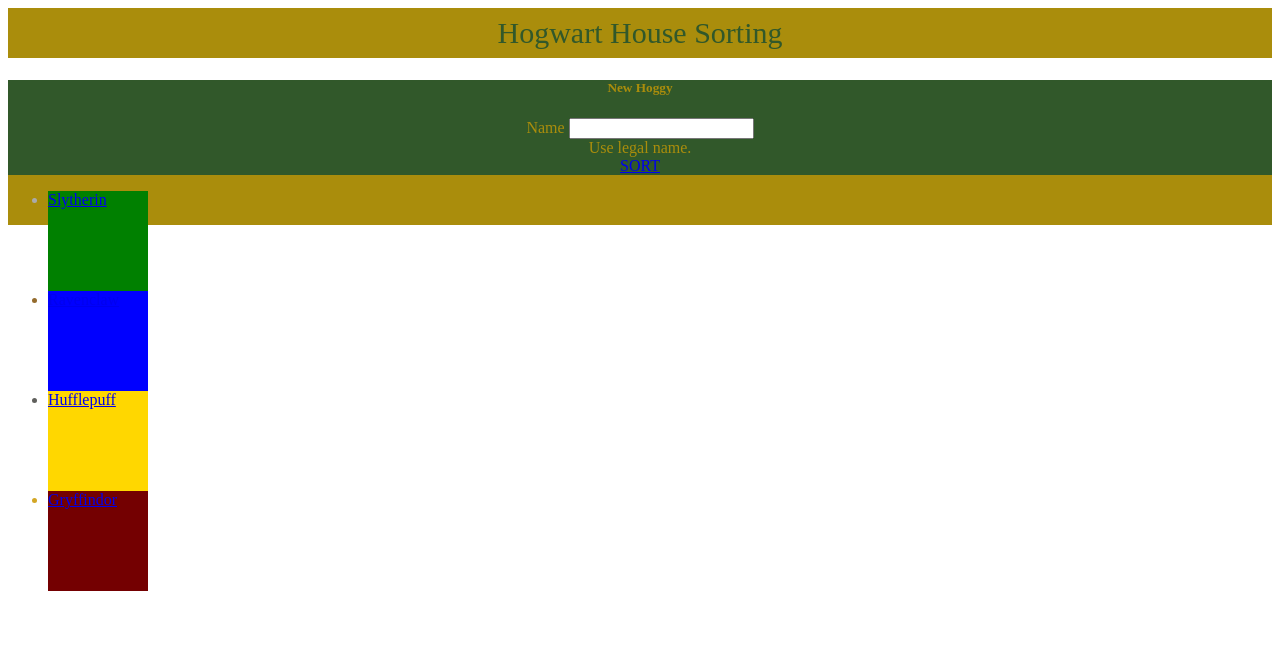
Repository: ZamlZam/INDIVIDUAL-PROJECT-sorting-hat
Page: index.html
An editor plug-in stored every save of this project. The page is shown before and after a run of saves, followed by the edit.
The browser window is 1280 px wide. The pictures show the whole page.

Above is the page before, as saved 2023-04-29 12:00:20.

After the next 2 saves:
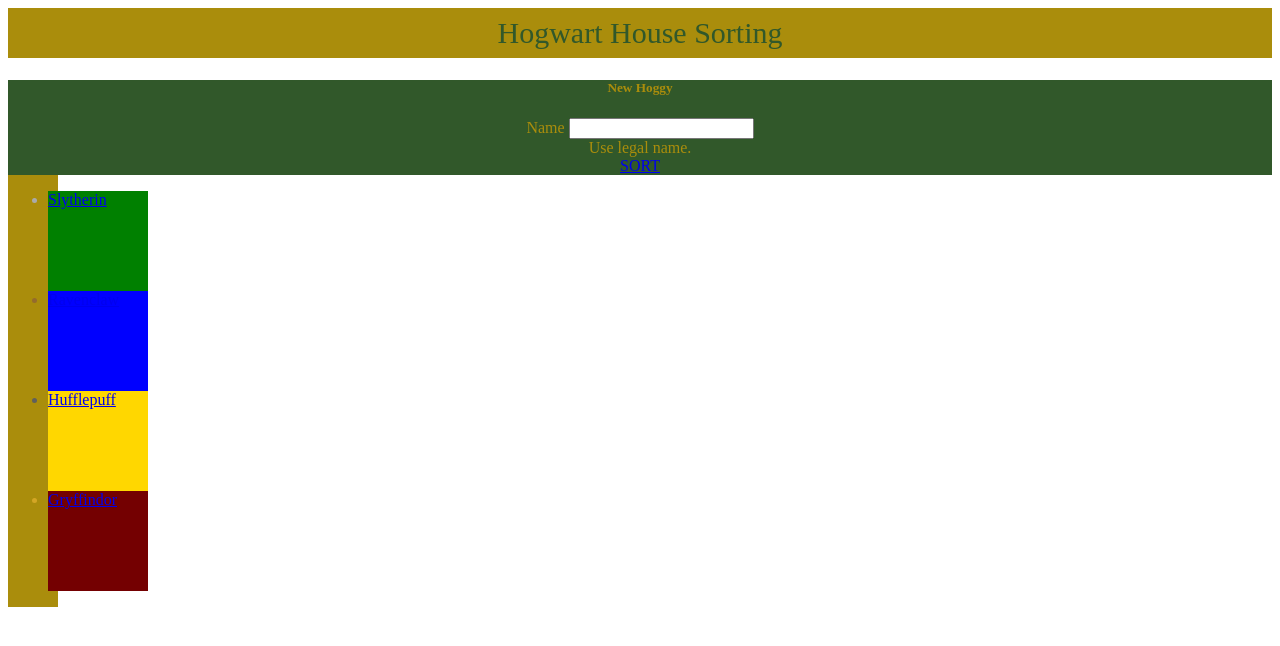
The 2 saves are shown as one change because they came seconds apart.
The last was saved 13 s later.
--- a/main.css
+++ b/main.css
@@ -21,7 +21,7 @@
 
 .card-footer{
   width: 100%;
-  height: 50px;
+  max-width: 50px;
   background: rgb(170, 141, 12);
   /* align-items: center;
   font-size: 30px;
